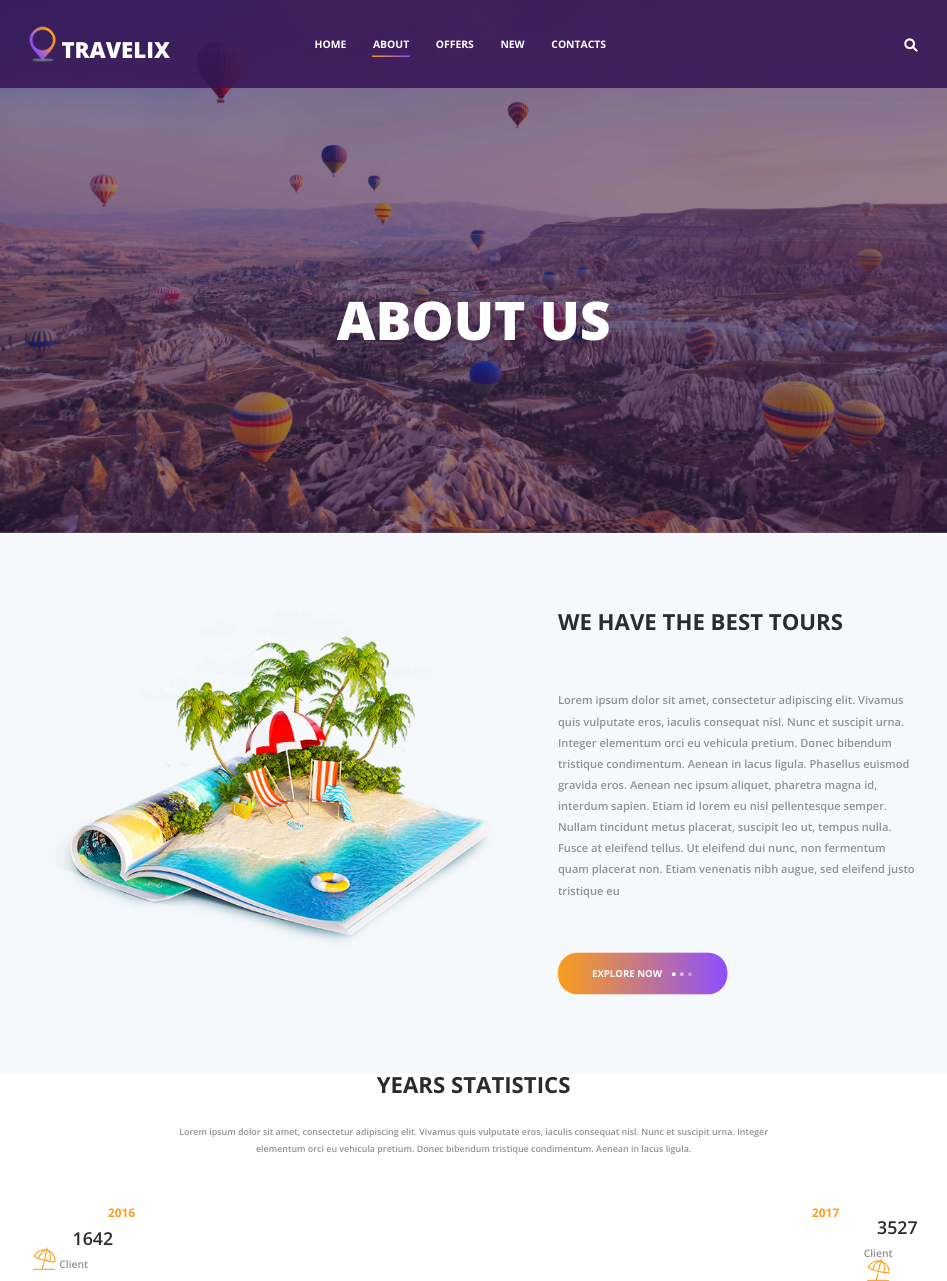
Repository: phamhuuloc/Travelix_Template
Page: about.html
The author's editor kept a copy of each file at every save. The page is drawn from the files as they stood at one save, then again after the next save.
The browser window is 1280 px wide. The pictures show the whole page, at 74% of full size.
Backgrounds fixed to the window are drawn as part of the page. Some web fonts or font styles are not loaded; a fallback is used.

Above is the page before, as saved 2021-10-13 09:21:17.

After the next save:
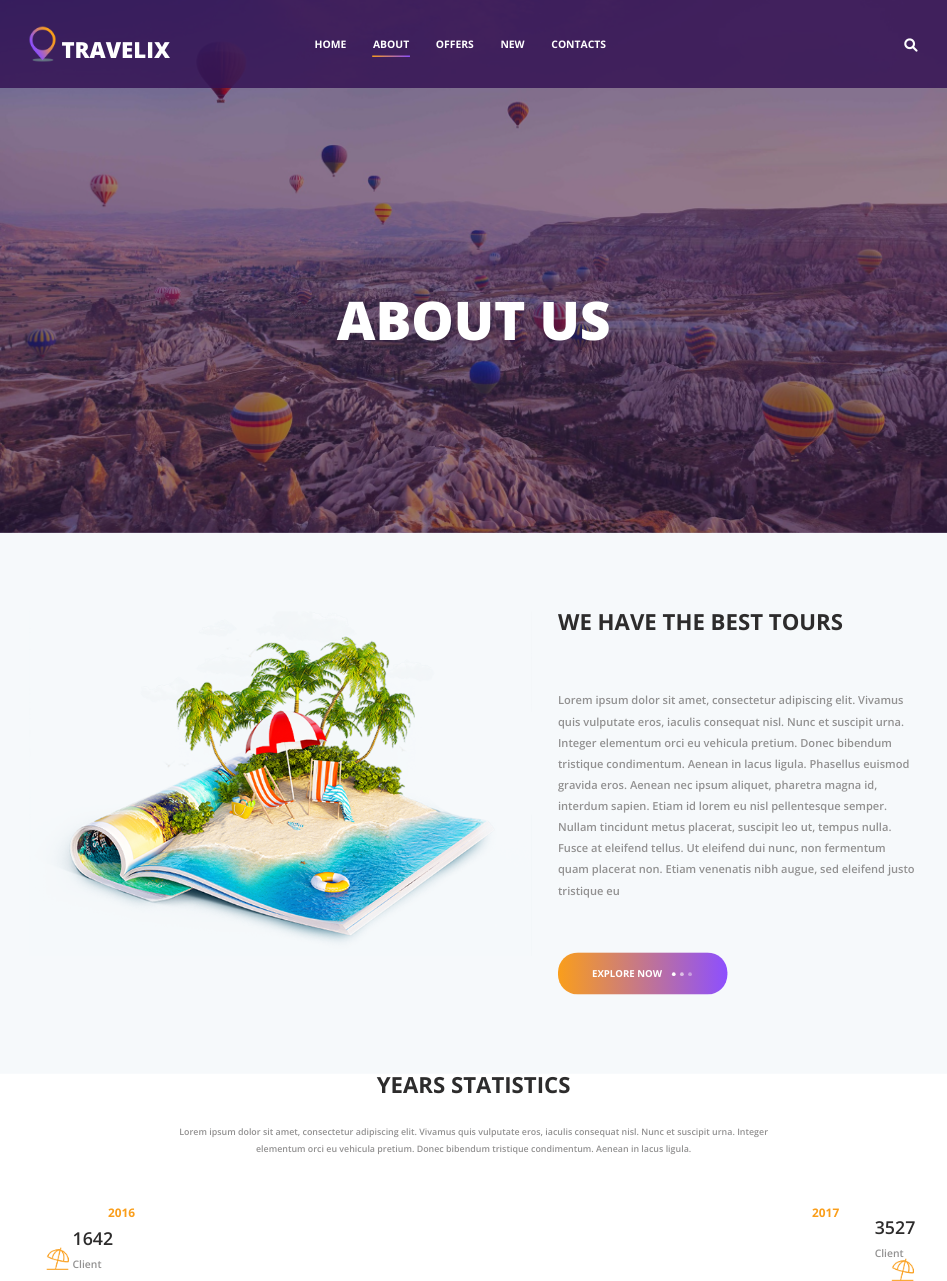
Saved 24 s later.
--- a/assets/css/about.css
+++ b/assets/css/about.css
@@ -79,12 +79,14 @@
   display: flex;
   align-items: flex-end;
 }
+.stats__icon {
+  margin-left: 1.8rem;
+}
 .stats__number {
   font-size: 2.4rem;
   font-weight: 600;
   color: var(--black-color);
   margin-bottom: 1.6rem;
-  margin-left: 1.8rem;
 }
 .stats__type {
   font-size: 1.4rem;
